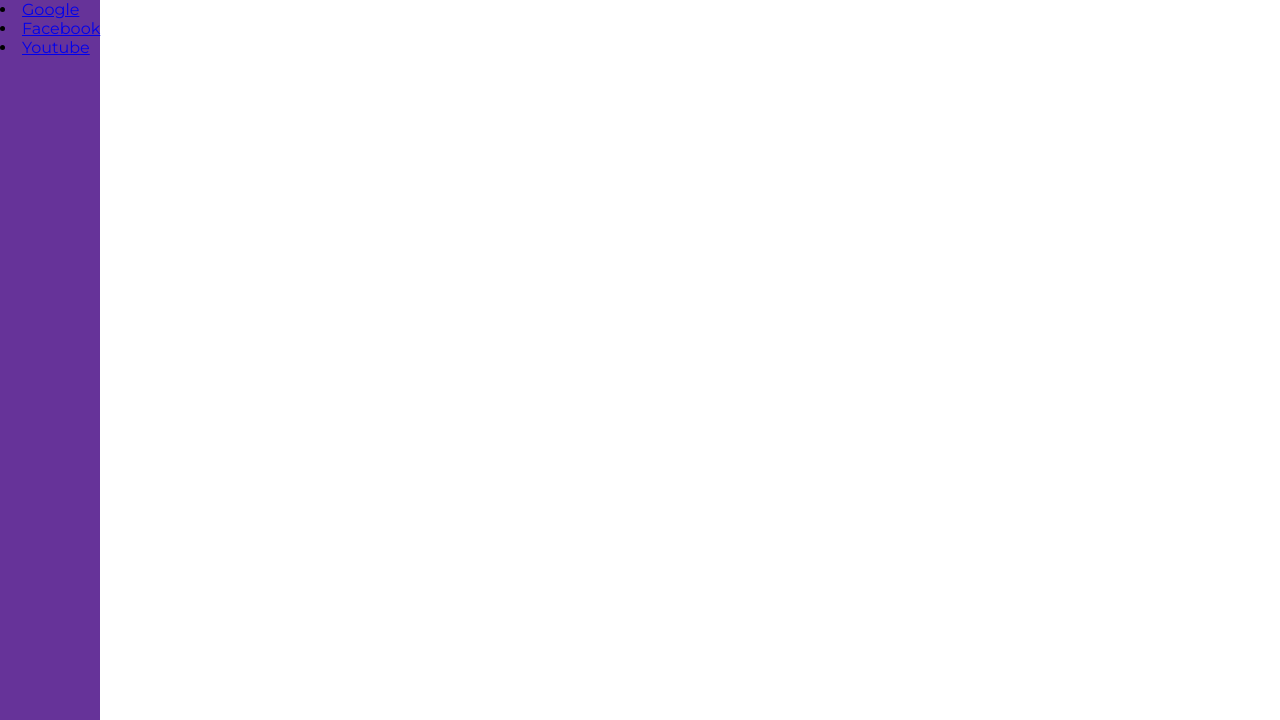
Repository: kate30980/js-practice
Page: hambuger-button/index.html
An editor plug-in stored every save of this project. The page is shown before and after the next save, followed by the edit.
The browser window is 1280 px wide. The pictures show the whole page.

Above is the page before, as saved 2021-08-28 22:13:32.

After the next save:
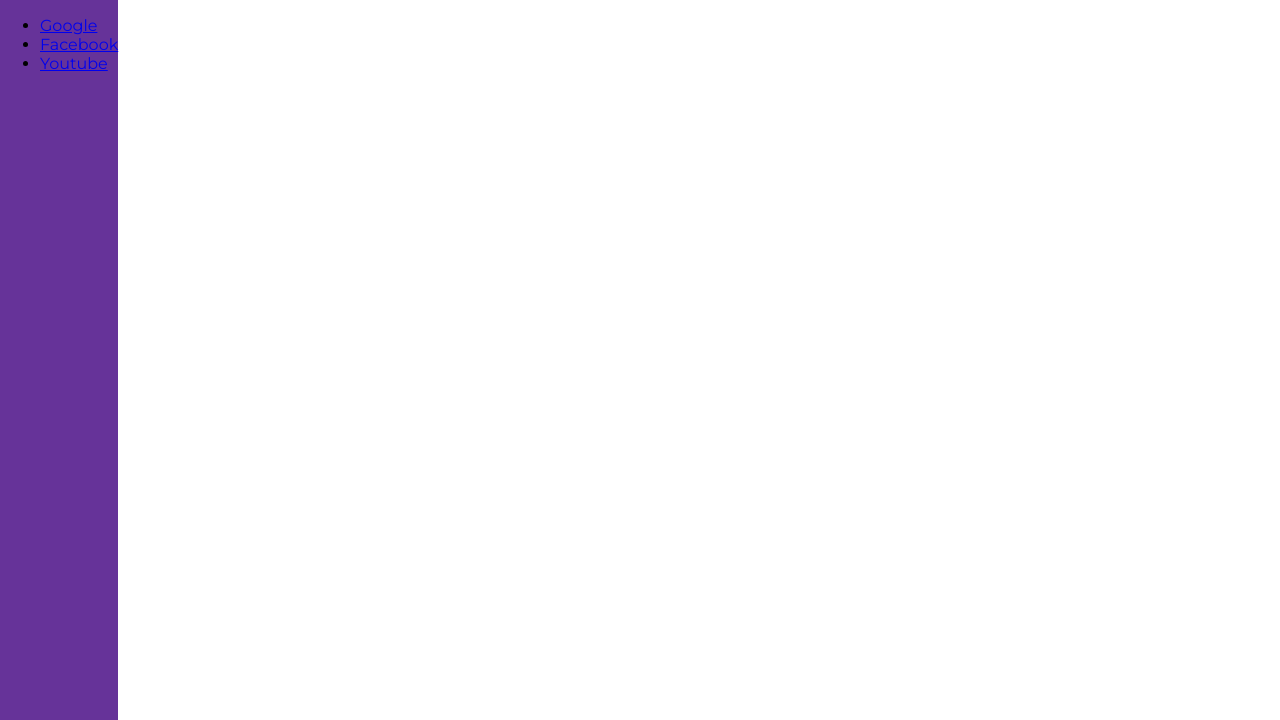
Saved 42 s later.
--- a/hambuger-button/index.html
+++ b/hambuger-button/index.html
@@ -18,9 +18,11 @@
     </button>
 
     <nav>
-        <li><a href="#">Google</a></li>
-        <li><a href="#">Facebook</a></li>
-        <li><a href="#">Youtube</a></li>
+        <ul>
+            <li><a href="#">Google</a></li>
+            <li><a href="#">Facebook</a></li>
+            <li><a href="#">Youtube</a></li>
+        </ul>
     </nav>
 </body>
 
